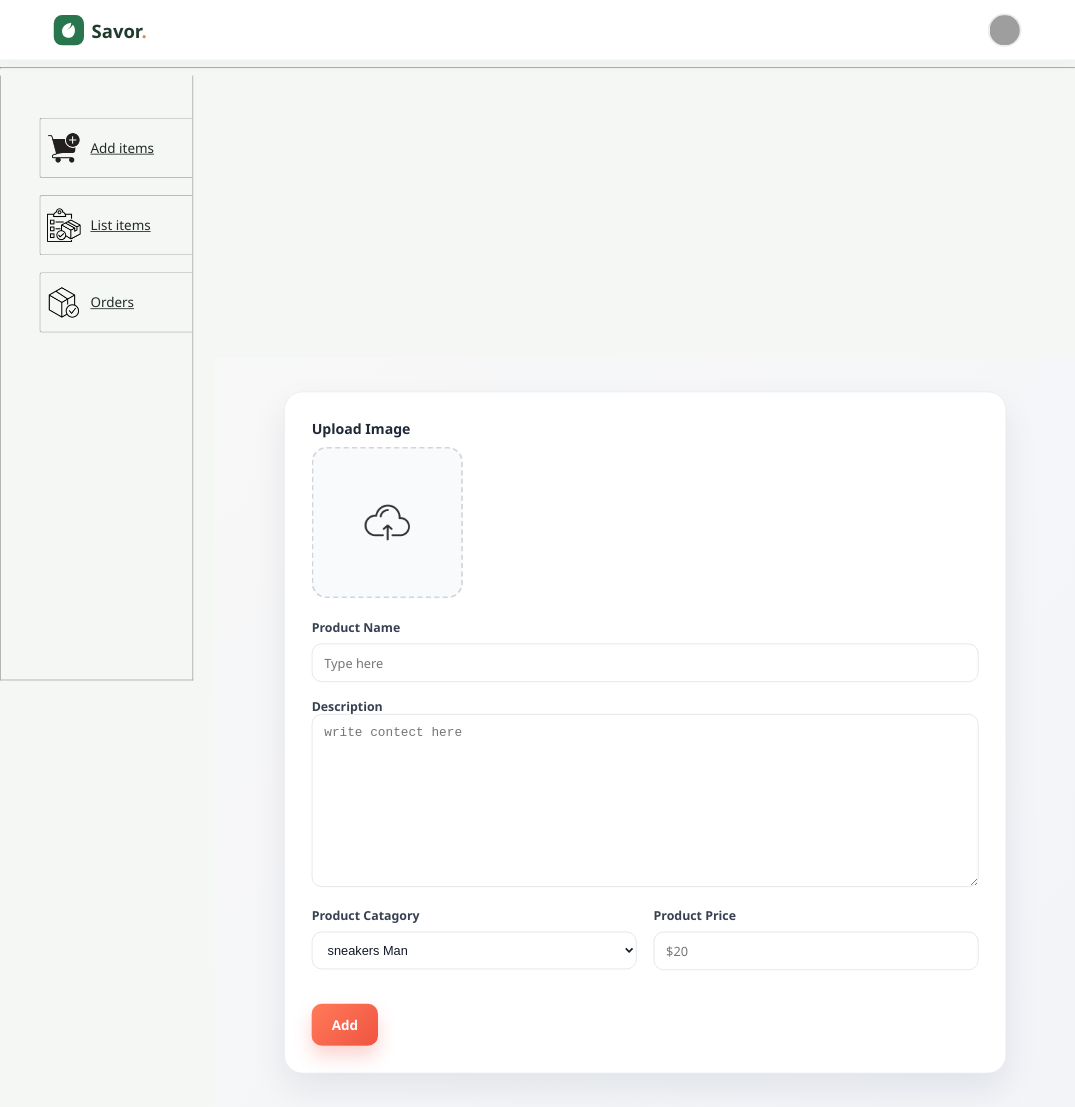
Repository: prince44991/Ecommerce-Project-Full-Stack
Page: /Additem (app in admin/my-react-app/)
The author's editor kept a copy of each file at every save. The page is drawn from the files as they stood at one save, then again after the next save.
The browser window is 1280 px wide. The pictures show the whole page, at 84% of full size.
Pictures or frames that could not be fetched are drawn as grey boxes. The project was rebuilt for these pictures with package versions that can differ from the ones it lists, and the page was loaded fresh each time. Also part of the build but not shown: admin/my-react-app/vite.config.js, admin/my-react-app/src/pages/Order/Order.jsx, admin/my-react-app/src/pages/List/List.jsx.

Above is the page before, as saved 2026-09-29 21:19:05.

After the next save:
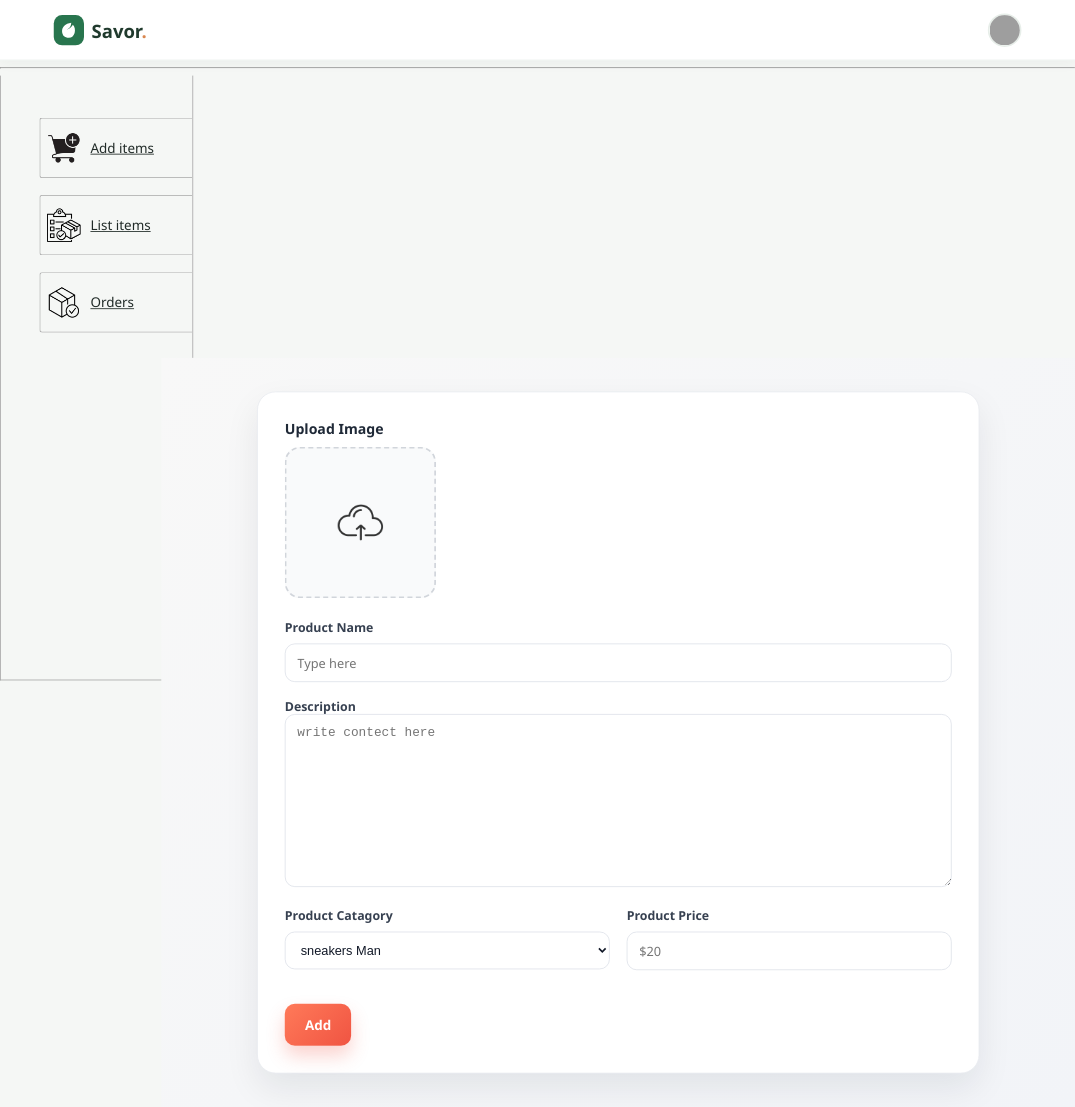
Saved 8 s later.
--- a/admin/my-react-app/src/pages/Add/Add.css
+++ b/admin/my-react-app/src/pages/Add/Add.css
@@ -6,7 +6,7 @@
   background: linear-gradient(135deg, #f8f8f8 0%, #f2f4f8 100%);
   min-height: calc(100vh - 80px);
   margin-top:-30vw;
-  margin-left: 20vw;
+  margin-left: 15vw;
 }
 
 .add form {
